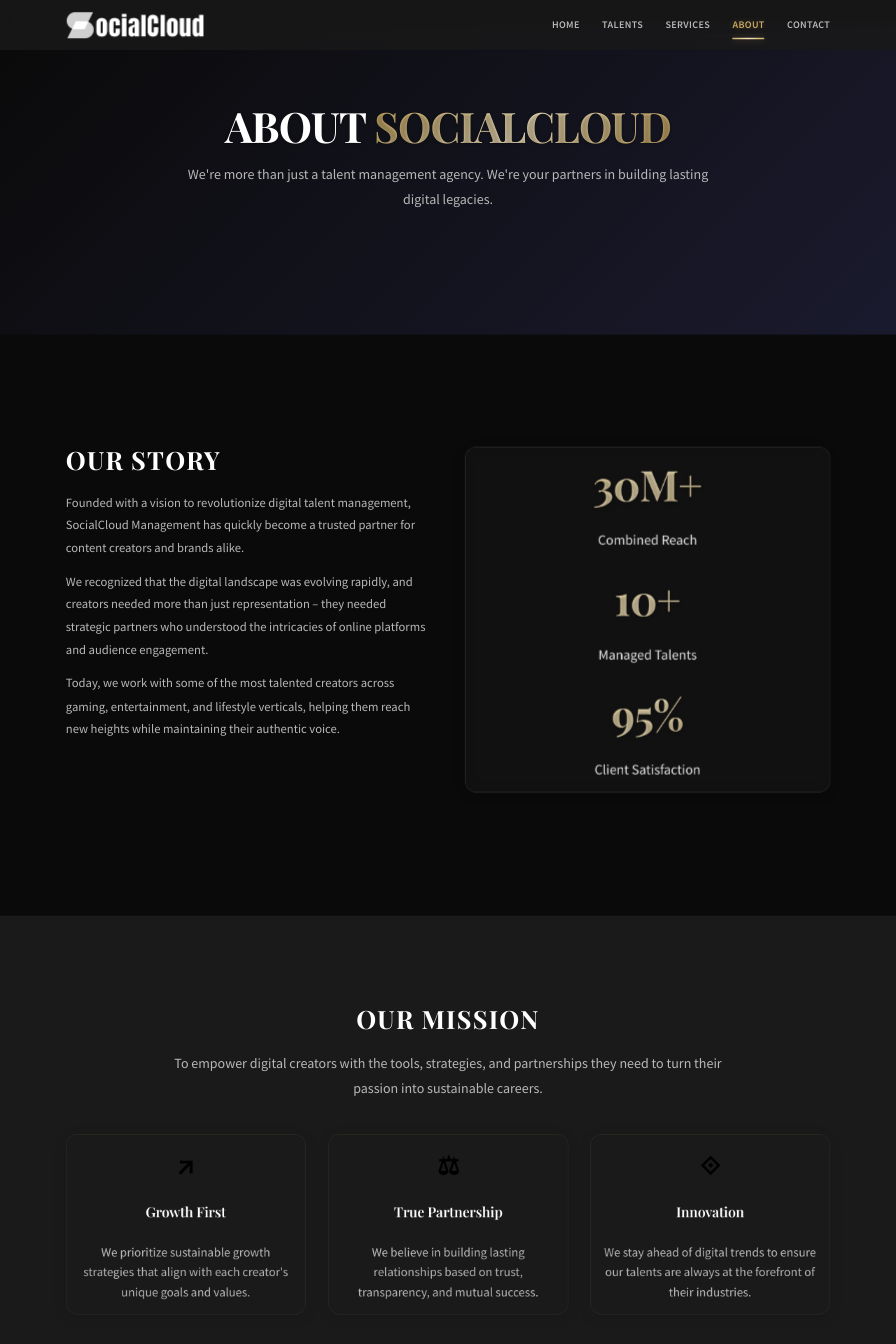
Repository: haydnphilipdesign/socialcloud-mvp
Page: about.html
These files come from the project's save history. The page is drawn as it stood at one moment and after the next save; the edit follows.
The browser window is 1280 px wide. The pictures show the part of the page from y = 0 to 1920 px (the page is 4560 px tall), at 70% of full size.

Above is the page before, as saved 2025-07-02 15:34:10.

### about.html
<!DOCTYPE html>
<html lang="en">

<head>
    <meta charset="UTF-8">
    <meta http-equiv="X-UA-Compatible" content="IE=edge">
    <meta name="viewport" content="width=device-width, initial-scale=1.0">
    <title>About Us | SocialCloud Management</title>
    <meta name="description" content="Learn about SocialCloud Management - your partner in digital talent management and influencer marketing.">

    <!-- Fonts -->
    <link rel="preconnect" href="https://fonts.googleapis.com">
    <link rel="preconnect" href="https://fonts.gstatic.com" crossorigin>
    <link href="https://fonts.googleapis.com/css2?family=Playfair+Display:wght@400;500;600;700;800&family=Source+Sans+Pro:wght@300;400;500;600;700&display=swap" rel="stylesheet">

    <!-- Styles -->
    <link rel="stylesheet" href="assets/css/styles.css">
</head>

<body>
    <!-- Header -->
    <header style="background: rgba(26, 26, 26, 0.8); backdrop-filter: blur(10px); position: fixed; width: 100%; top: 0; z-index: 1000;">
        <div class="container" style="padding: var(--spacing-4) var(--spacing-6);">
            <div class="flex justify-between items-center">
                <a href="index.html" class="flex items-center">
                    <img src="/socialcloud-logo.png" alt="SocialCloud Management" style="height: 40px; width: auto;">
                </a>

                <!-- Desktop Navigation -->
                <nav class="desktop-nav flex gap-8">
                    <a href="index.html" class="nav-link">Home</a>
                    <a href="talents.html" class="nav-link">Talents</a>
                    <a href="index.html#services" class="nav-link">Services</a>
                    <a href="about.html" class="nav-link active">About</a>
                    <a href="contact.html" class="nav-link">Contact</a>
                </nav>

                <!-- Mobile Menu Button -->
                <button class="mobile-menu-btn" onclick="toggleMobileMenu()" style="display: none; background: none; border: none; color: var(--color-text-primary); font-size: 1.5rem; cursor: pointer;" aria-label="Toggle mobile menu">
                    <span style="display: inline-block; width: 20px; height: 2px; background: currentColor; position: relative;"></span>
                </button>
            </div>

            <!-- Mobile Navigation -->
            <div id="mobile-menu" class="mobile-menu" style="display: none;">
                <ul style="list-style: none; padding: var(--spacing-4) 0; border-top: 1px solid var(--color-bg-accent); margin-top: var(--spacing-4); display: flex; flex-direction: column;">
                    <li style="margin-bottom: var(--spacing-3);"><a href="index.html" class="nav-link" style="color: var(--color-text-secondary); font-weight: 500; display: block; padding: var(--spacing-2) 0;">Home</a></li>
                    <li style="margin-bottom: var(--spacing-3);"><a href="talents.html" class="nav-link" style="color: var(--color-text-secondary); font-weight: 500; display: block; padding: var(--spacing-2) 0;">Talents</a></li>
                    <li style="margin-bottom: var(--spacing-3);"><a href="index.html#services" class="nav-link" style="color: var(--color-text-secondary); font-weight: 500; display: block; padding: var(--spacing-2) 0;">Services</a></li>
                    <li style="margin-bottom: var(--spacing-3);"><a href="about.html" class="nav-link active" style="color: var(--color-text-primary); font-weight: 500; display: block; padding: var(--spacing-2) 0;">About</a></li>
                    <li><a href="contact.html" class="nav-link" style="color: var(--color-text-secondary); font-weight: 500; display: block; padding: var(--spacing-2) 0;">Contact</a></li>
                </ul>
            </div>
        </div>
    </header>

    <!-- About Hero -->
    <section class="section" style="padding-top: 120px; background: linear-gradient(135deg, var(--color-bg-primary) 0%, #1a1a2e 100%);">
        <div class="container">
            <div class="text-center mb-12">
                <h1 class="text-6xl font-bold mb-6">About <span class="gradient-text">SocialCloud</span></h1>
                <p class="text-xl" style="color: var(--color-text-secondary); max-width: 800px; margin: 0 auto;">
                    We're more than just a talent management agency. We're your partners in building lasting digital legacies.
                </p>
            </div>
        </div>
    </section>

    <!-- Our Story -->
    <section class="section">
        <div class="container">
            <div class="grid grid-cols-2 gap-12 items-center">
                <div>
                    <h2 class="text-4xl font-bold mb-6">Our Story</h2>
                    <p class="mb-4" style="color: var(--color-text-secondary);">
                        Founded with a vision to revolutionize digital talent management, SocialCloud Management has quickly become a trusted partner for content creators and brands alike.
                    </p>
                    <p class="mb-4" style="color: var(--color-text-secondary);">
                        We recognized that the digital landscape was evolving rapidly, and creators needed more than just representation – they needed strategic partners who understood the intricacies of online platforms and audience engagement.
                    </p>
                    <p style="color: var(--color-text-secondary);">
                        Today, we work with some of the most talented creators across gaming, entertainment, and lifestyle verticals, helping them reach new heights while maintaining their authentic voice.
                    </p>
                </div>
                <div class="card glass-effect" style="padding: var(--spacing-12); text-align: center;">
                    <h3 class="text-6xl font-bold gradient-text mb-4">30M+</h3>
                    <p class="text-xl mb-8" style="color: var(--color-text-secondary);">Combined Reach</p>
                    <h3 class="text-6xl font-bold gradient-text mb-4">10+</h3>
                    <p class="text-xl mb-8" style="color: var(--color-text-secondary);">Managed Talents</p>
                    <h3 class="text-6xl font-bold gradient-text mb-4">95%</h3>
                    <p class="text-xl" style="color: var(--color-text-secondary);">Client Satisfaction</p>
                </div>
            </div>
        </div>
    </section>

    <!-- Our Mission -->
    <section class="section" style="background: var(--color-bg-secondary);">
        <div class="container">
            <div class="text-center mb-12">
                <h2 class="text-4xl font-bold mb-6">Our Mission</h2>
                <p class="text-xl" style="color: var(--color-text-secondary); max-width: 800px; margin: 0 auto;">
                    To empower digital creators with the tools, strategies, and partnerships they need to turn their passion into sustainable careers.
                </p>
            </div>
            <div class="grid grid-cols-3 gap-8">
                <div class="card text-center">
                    <div class="text-4xl mb-4" style="color: var(--color-brand-primary); font-weight: 700;">↗</div>
                    <h3 class="text-xl font-semibold mb-3">Growth First</h3>
                    <p style="color: var(--color-text-secondary);">We prioritize sustainable growth strategies that align with each creator's unique goals and values.</p>
                </div>
                <div class="card text-center">
                    <div class="text-4xl mb-4" style="color: var(--color-brand-primary); font-weight: 700;">⚖</div>
                    <h3 class="text-xl font-semibold mb-3">True Partnership</h3>
                    <p style="color: var(--color-text-secondary);">We believe in building lasting relationships based on trust, transparency, and mutual success.</p>
                </div>
                <div class="card text-center">
                    <div class="text-4xl mb-4" style="color: var(--color-brand-primary); font-weight: 700;">⟐</div>
                    <h3 class="text-xl font-semibold mb-3">Innovation</h3>
                    <p style="color: var(--color-text-secondary);">We stay ahead of digital trends to ensure our talents are always at the forefront of their industries.</p>
                </div>
            </div>
        </div>
    </section>

    <!-- What Sets Us Apart -->
    <section class="section">
        <div class="container">
            <h2 class="text-4xl font-bold text-center mb-12">What Sets Us Apart</h2>
            <div class="grid grid-cols-2 gap-8">
                <div class="card">
                    <h3 class="text-2xl font-semibold mb-4 gradient-text">Data-Driven Approach</h3>
                    <p style="color: var(--color-text-secondary);">We leverage advanced analytics and insights to make informed decisions that drive real results for our talents.</p>
                </div>
                <div class="card">
                    <h3 class="text-2xl font-semibold mb-4 gradient-text">Platform Expertise</h3>
                    <p style="color: var(--color-text-secondary);">Our team has deep knowledge across all major platforms, from YouTube and Twitch to TikTok and emerging platforms.</p>
                </div>
                <div class="card">
                    <h3 class="text-2xl font-semibold mb-4 gradient-text">Personalized Strategies</h3>
                    <p style="color: var(--color-text-secondary);">We understand that every creator is unique. Our strategies are tailored to each individual's strengths and goals.</p>
                </div>
                <div class="card">
                    <h3 class="text-2xl font-semibold mb-4 gradient-text">Industry Connections</h3>
                    <p style="color: var(--color-text-secondary);">Our extensive network of brands, platforms, and industry partners opens doors to exclusive opportunities.</p>
                </div>
            </div>
        </div>
    </section>

    <!-- Team Section -->
    <section class="section" style="background: var(--color-bg-secondary);">
        <div class="container">
            <h2 class="text-4xl font-bold text-center mb-12">Leadership Team</h2>
            <div class="grid grid-cols-3 gap-8">
                <div class="card text-center">
                    <div style="width: 150px; height: 150px; background: linear-gradient(135deg, var(--color-brand-primary), var(--color-brand-secondary)); border-radius: 50%; margin: 0 auto var(--spacing-4);"></div>
                    <h3 class="text-xl font-semibold mb-2">Adrian Morina</h3>
                    <p class="gradient-text mb-3">Founder & CEO</p>
                    <p style="color: var(--color-text-secondary); font-size: var(--text-sm);">Visionary leader with deep expertise in digital media and creator economy.</p>
                </div>
                <div class="card text-center">
                    <div style="width: 150px; height: 150px; background: linear-gradient(135deg, var(--color-brand-secondary), var(--color-brand-accent)); border-radius: 50%; margin: 0 auto var(--spacing-4);"></div>
                    <h3 class="text-xl font-semibold mb-2">Sarah Chen</h3>
                    <p class="gradient-text mb-3">Head of Talent</p>
                    <p style="color: var(--color-text-secondary); font-size: var(--text-sm);">Expert in talent development and strategic partnerships.</p>
                </div>
                <div class="card text-center">
                    <div style="width: 150px; height: 150px; background: linear-gradient(135deg, var(--color-brand-accent), var(--color-brand-primary)); border-radius: 50%; margin: 0 auto var(--spacing-4);"></div>
                    <h3 class="text-xl font-semibold mb-2">Marcus Johnson</h3>
                    <p class="gradient-text mb-3">Head of Strategy</p>
                    <p style="color: var(--color-text-secondary); font-size: var(--text-sm);">Data-driven strategist focused on maximizing creator growth.</p>
                </div>
            </div>
        </div>
    </section>

    <!-- CTA Section -->
    <section class="section">
        <div class="container text-center">
            <h2 class="text-4xl font-bold mb-6">Ready to Join the <span class="gradient-text">SocialCloud Family?</span></h2>
            <p class="text-xl mb-8" style="color: var(--color-text-secondary); max-width: 600px; margin: 0 auto;">
                Whether you're a creator looking for representation or a brand seeking partnerships, we're here to help.
            </p>
            <div class="flex gap-4 justify-center">
                <a href="contact.html" class="btn btn-gradient" style="font-size: var(--text-lg); padding: var(--spacing-4) var(--spacing-8);">
                    Get in Touch
                </a>
                <a href="talents.html" class="btn btn-secondary" style="font-size: var(--text-lg); padding: var(--spacing-4) var(--spacing-8);">
                    View Our Talents
                </a>
            </div>
        </div>
    </section>

    <!-- Footer -->
    <footer style="background: var(--color-bg-primary); padding: var(--spacing-8) 0; border-top: 1px solid var(--color-bg-accent);">
        <div class="container">
            <div class="grid grid-cols-4 gap-8 mb-8">
                <div>
                    <h3 class="text-2xl font-bold gradient-text mb-4">SocialCloud</h3>
                    <p style="color: var(--color-text-secondary);">Elevating digital talent to new heights.</p>
                </div>
                <div>
                    <h4 class="font-semibold mb-4">Quick Links</h4>
                    <ul class="space-y-2">
                        <li><a href="index.html" class="footer-link">Home</a></li>
                        <li><a href="talents.html" class="footer-link">Our Talents</a></li>
                        <li><a href="index.html#services" class="footer-link">Services</a></li>
                        <li><a href="about.html" class="footer-link">About</a></li>
                    </ul>
                </div>
                <div>
                    <h4 class="font-semibold mb-4">Services</h4>
                    <ul class="space-y-2">
                        <li><a href="#" class="footer-link">Talent Management</a></li>
                        <li><a href="#" class="footer-link">Brand Partnerships</a></li>
                        <li><a href="#" class="footer-link">Content Strategy</a></li>
                        <li><a href="#" class="footer-link">Growth Consulting</a></li>
                    </ul>
                </div>
                <div>
                    <h4 class="font-semibold mb-4">Connect</h4>
                    <ul class="space-y-2">
                        <li><a href="contact.html" class="footer-link">Contact Us</a></li>
                        <li><a href="#" class="footer-link">Careers</a></li>
                        <li><a href="#" class="footer-link">Press</a></li>
                        <li><a href="#" class="footer-link">Privacy Policy</a></li>
                    </ul>
                </div>
            </div>
            <div class="text-center pt-8" style="border-top: 1px solid var(--color-bg-accent);">
                <p style="color: var(--color-text-muted);">&copy; 2025 SocialCloud Management. All rights reserved.</p>
                <p style="font-size: var(--text-sm); color: var(--color-text-muted); margin-top: var(--spacing-2);">
                    Developed by <a href="https://multimedium.dev" target="_blank" rel="noopener" style="color: var(--color-brand-primary);">multimedium.dev</a>
                </p>
            </div>
        </div>
    </footer>

    <!-- JavaScript -->
    <script src="assets/js/mobile-effects.js"></script>
    <script>
        function toggleMobileMenu() {
            const mobileMenu = document.getElementById('mobile-menu');
            const menuBtn = document.querySelector('.mobile-menu-btn');

            if (mobileMenu.style.display === 'none' || mobileMenu.style.display === '') {
                mobileMenu.style.display = 'block';
                menuBtn.innerHTML = '<span style="display: inline-block; width: 20px; height: 2px; background: currentColor; position: relative; transform: rotate(45deg);"></span>';
            } else {
                mobileMenu.style.display = 'none';
                menuBtn.innerHTML = '<span style="display: inline-block; width: 20px; height: 2px; background: currentColor; position: relative;"></span>';
            }
        }

        // Close mobile menu when clicking on a link
        document.addEventListener('DOMContentLoaded', function() {
            const mobileMenuLinks = document.querySelectorAll('#mobile-menu a');
            mobileMenuLinks.forEach(link => {
                link.addEventListener('click', function() {
                    const mobileMenu = document.getElementById('mobile-menu');
                    const menuBtn = document.querySelector('.mobile-menu-btn');
                    mobileMenu.style.display = 'none';
                    menuBtn.innerHTML = '<span style="display: inline-block; width: 20px; height: 2px; background: currentColor; position: relative;"></span>';
                });
            });
        });
    </script>
</body>

</html>

Loaded but not shown: assets/js/mobile-effects.js (333 lines, source omitted); assets/css/styles.css (2639 lines, source omitted)

After the next save:
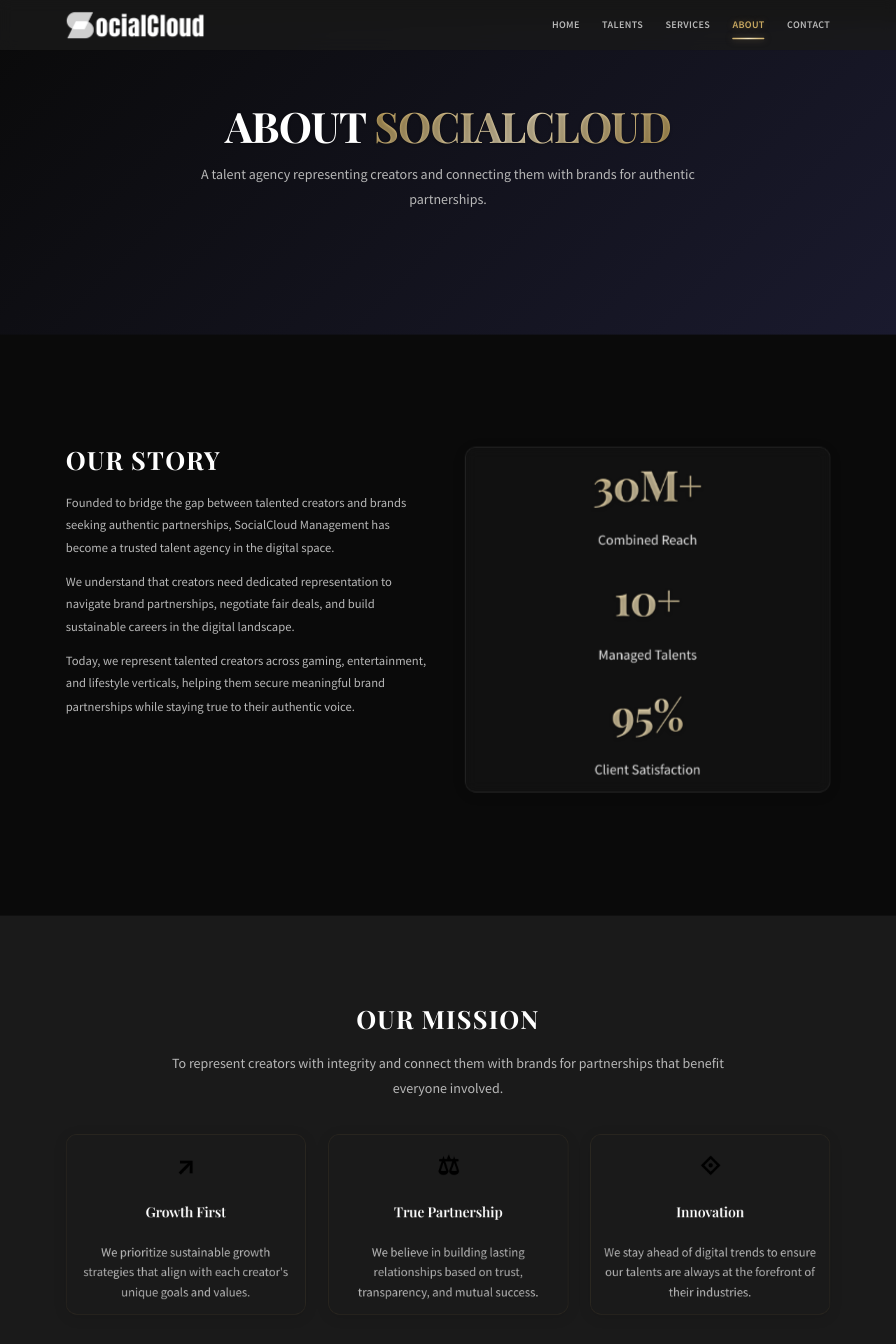
Saved 20 s later.
--- a/about.html
+++ b/about.html
@@ -60,7 +60,7 @@
             <div class="text-center mb-12">
                 <h1 class="text-6xl font-bold mb-6">About <span class="gradient-text">SocialCloud</span></h1>
                 <p class="text-xl" style="color: var(--color-text-secondary); max-width: 800px; margin: 0 auto;">
-                    We're more than just a talent management agency. We're your partners in building lasting digital legacies.
+                    A talent agency representing creators and connecting them with brands for authentic partnerships.
                 </p>
             </div>
         </div>
@@ -73,13 +73,13 @@
                 <div>
                     <h2 class="text-4xl font-bold mb-6">Our Story</h2>
                     <p class="mb-4" style="color: var(--color-text-secondary);">
-                        Founded with a vision to revolutionize digital talent management, SocialCloud Management has quickly become a trusted partner for content creators and brands alike.
+                        Founded to bridge the gap between talented creators and brands seeking authentic partnerships, SocialCloud Management has become a trusted talent agency in the digital space.
                     </p>
                     <p class="mb-4" style="color: var(--color-text-secondary);">
-                        We recognized that the digital landscape was evolving rapidly, and creators needed more than just representation – they needed strategic partners who understood the intricacies of online platforms and audience engagement.
+                        We understand that creators need dedicated representation to navigate brand partnerships, negotiate fair deals, and build sustainable careers in the digital landscape.
                     </p>
                     <p style="color: var(--color-text-secondary);">
-                        Today, we work with some of the most talented creators across gaming, entertainment, and lifestyle verticals, helping them reach new heights while maintaining their authentic voice.
+                        Today, we represent talented creators across gaming, entertainment, and lifestyle verticals, helping them secure meaningful brand partnerships while staying true to their authentic voice.
                     </p>
                 </div>
                 <div class="card glass-effect" style="padding: var(--spacing-12); text-align: center;">
@@ -100,7 +100,7 @@
             <div class="text-center mb-12">
                 <h2 class="text-4xl font-bold mb-6">Our Mission</h2>
                 <p class="text-xl" style="color: var(--color-text-secondary); max-width: 800px; margin: 0 auto;">
-                    To empower digital creators with the tools, strategies, and partnerships they need to turn their passion into sustainable careers.
+                    To represent creators with integrity and connect them with brands for partnerships that benefit everyone involved.
                 </p>
             </div>
             <div class="grid grid-cols-3 gap-8">
